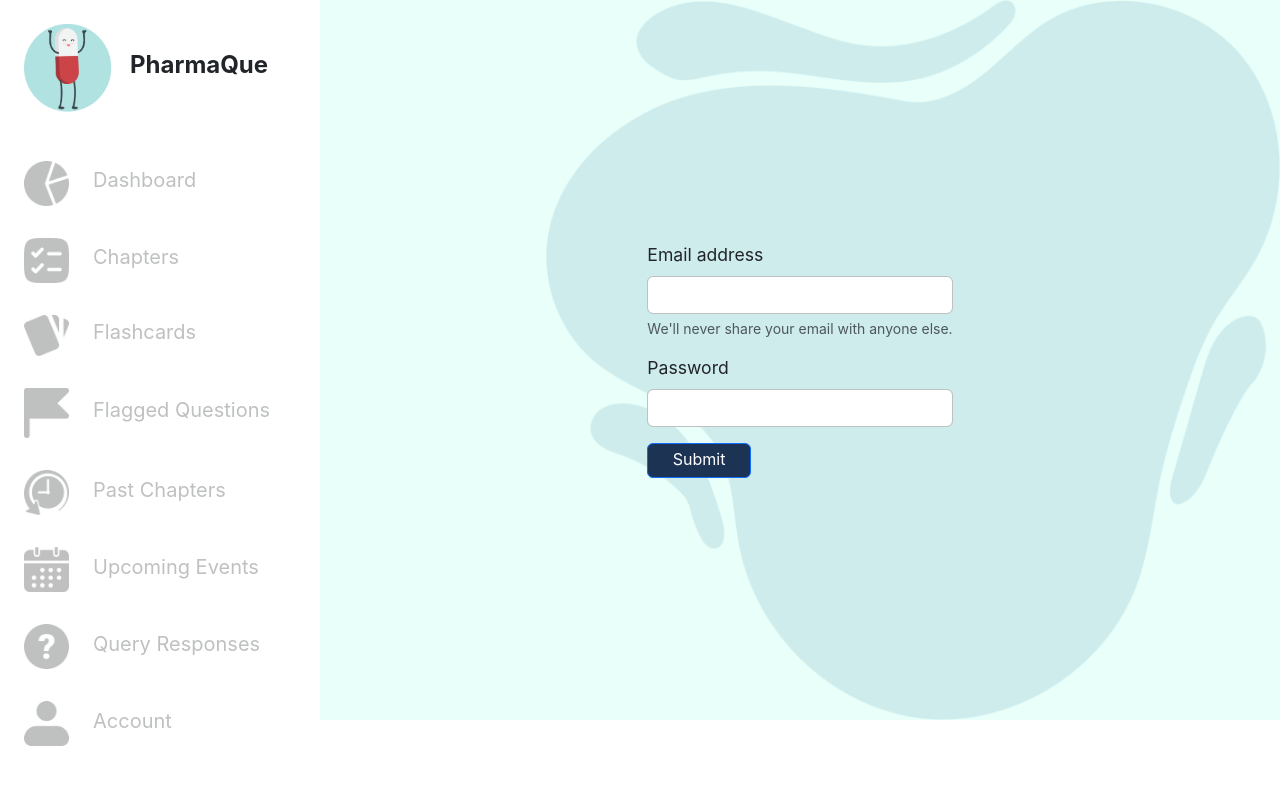
Repository: Kronium345/new_pharmaque_web_app
Page: /chat-room
An editor plug-in stored every save of this project. The page is shown before and after the next save, followed by the edit.
The browser window is 1280 px wide. The pictures show the whole page.
The page's requests for data from a server got no answer. The project was rebuilt for these pictures with package versions that can differ from the ones it lists, and the page was loaded fresh each time. No one was signed in, and anything a server would have sent is missing. Also part of the build but not shown: src/pages/Login.js, src/pages/MyAccount.js, src/pages/UpcomingEvents.js, src/pages/UpcomingEvents2.js, src/pages/Chapters.js, src/pages/Dashboard.js, src/pages/FlaggedQuestions.js, src/pages/FlashcardQuestion.js and 33 more.

Above is the page before, as saved 2024-03-10 21:40:16.

After the next save:
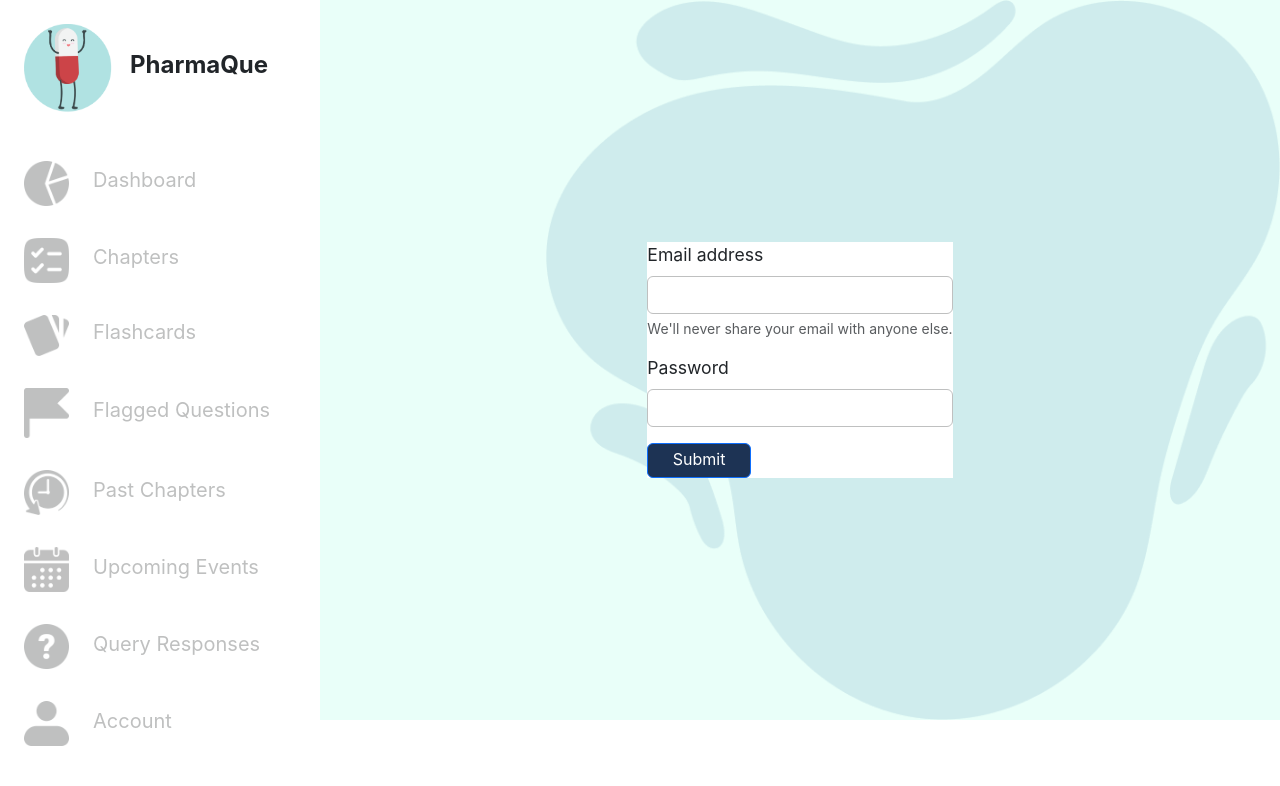
Saved 9 s later.
--- a/src/pages/ChatRoom.js
+++ b/src/pages/ChatRoom.js
@@ -169,7 +169,7 @@ const ChatRoom = () => {
               </div>
             ) : (
               <div className="mainbg d-flex justify-content-center align-items-center  ">
-                <form>
+                <form className="bg-white">
                   <div class="mb-3">
                     <label for="exampleInputEmail1" class="form-label">
                       Email address
